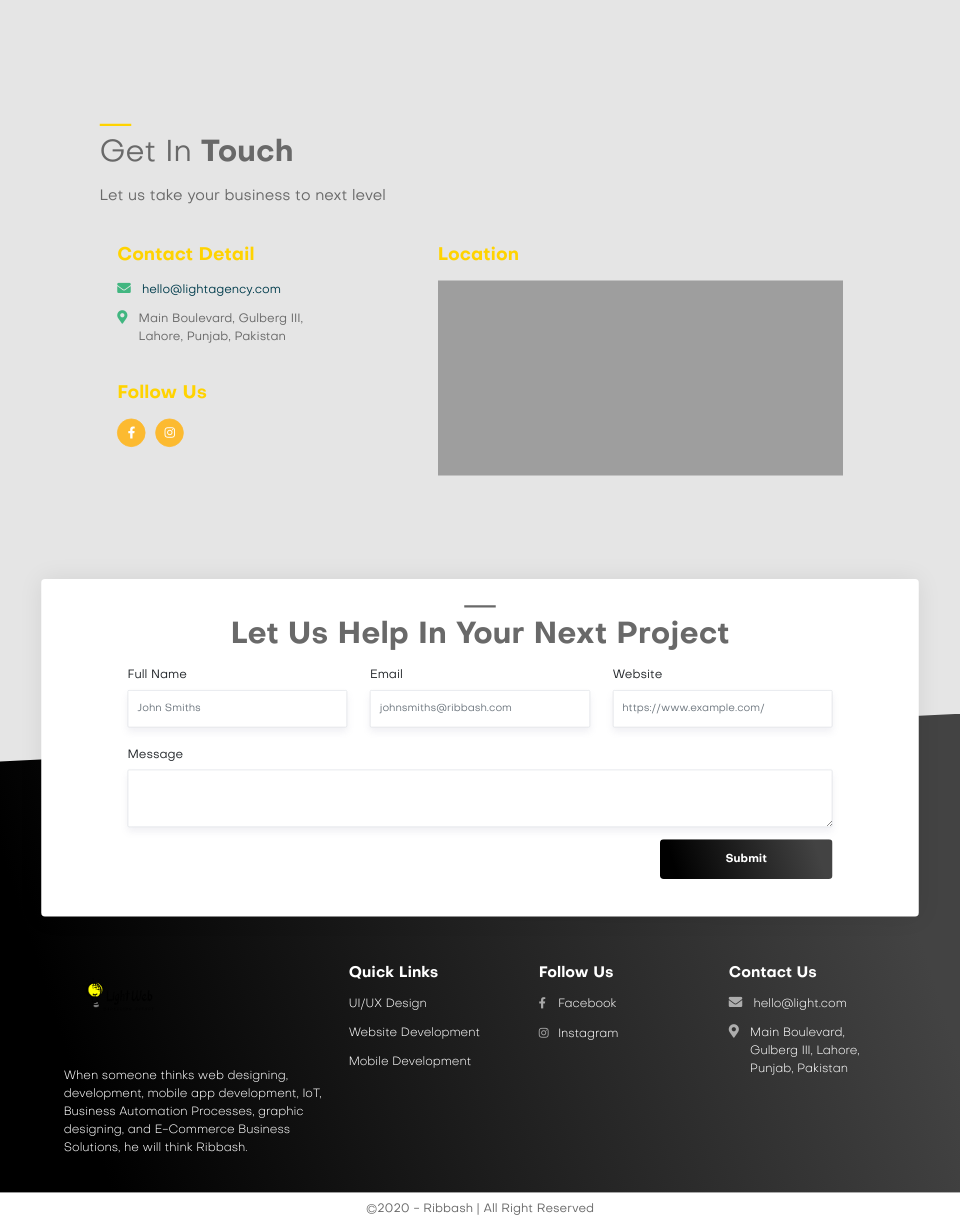
Repository: ahsankalim09/light-Agency
Page: contact-us.html
An editor plug-in stored every save of this project. The page is shown before and after the next save, followed by the edit.
The browser window is 1280 px wide. The pictures show the whole page, at 75% of full size.
Pictures or frames that could not be fetched are drawn as grey boxes.

Above is the page before, as saved 2020-11-07 18:35:17.

### contact-us.html
<!DOCTYPE html>
<html lang="en">

<!-- Mirrored from www.ribbash.com/contact-us.html by HTTrack Website Copier/3.x [XR&CO'2014], Sun, 11 Oct 2020 15:06:15 GMT -->
<head>
	<meta charset="UTF-8">
	<meta name="viewport" content="width=device-width, initial-scale=1.0">
	<title>Contact Us - Ribbash Digital</title>

	<!-- CSS -->
    <link rel="stylesheet" href="css/bootstrap.min.css" media="all" />
    <link rel="stylesheet" href="css/all.min.css" media="all" />
    <link rel="stylesheet" href="css/owl.carousel.min.css" media="all" />
	<link rel="stylesheet" href="css/owl.theme.default.min.css" media="all" />
	<link rel="stylesheet" href="css/animate.min.css" media="all" />

	<link rel="stylesheet" href="css/el_style.css">

    <link rel="stylesheet" href="css/style.css" media="all" />
    <link rel="stylesheet" href="css/colors.css" media="all" />
	<link rel="stylesheet" href="css/responsive.css" media="all" />

	<link rel="icon" href="img/favicon.svg" type="image/svg+xml" sizes="any" />

	<script src="../www.google.com/recaptcha/api.js" async defer></script>

	<!-- Global site tag (gtag.js) - Google Analytics -->
    <script async src="https://www.googletagmanager.com/gtag/js?id=UA-175567433-1"></script>
    <script>
      window.dataLayer = window.dataLayer || [];
      function gtag(){dataLayer.push(arguments);}
      gtag('js', new Date());

      gtag('config', 'UA-175567433-1');
    </script>

</head>

<body>
	<div class="rd-wrap">

		<!--Header Section Start-->
		<header class="rd-header fixed-top rd-header-white">
			<div class="container">
				<nav class="navbar navbar-expand-lg navbar-light px-0 rd-navbar">
					<a class="navbar-brand rd-logo py-0" href="index-2.html">
						<img src="img/logo-black.svg" alt="logo" />
					</a>
					<button class="navbar-toggler" type="button" data-toggle="collapse" data-target="#defaultNavbar1" aria-controls="defaultNavbar1" aria-expanded="false" aria-label="Toggle navigation">
						<span class="navbar-toggler-icon"></span>
					</button>

					<div class="collapse navbar-collapse" id="defaultNavbar1">
						<ul class="navbar-nav ml-auto rd-navmenu">
							<li class="nav-item active">
								<a class="nav-link pl-3 pr-3" href="index-2.html">Home <span class="sr-only">(current)</span></a>
							</li>
							<li class="nav-item dropdown">
								<a class="nav-link dropdown-toggle pl-3 pr-3" href="#" id="ourWorkDropdown" role="button" data-toggle="dropdown" aria-haspopup="true" aria-expanded="false">Our Work</a>
								<div class="dropdown-menu rd-dropdown-work" aria-labelledby="ourWorkDropdown">
									<div class="container">
										<div class="row row-cols-1 row-cols-lg-6 align-items-center justify-content-sm-center">
											<div class="col">
												<a class="dropdown-item" href="nomad.html" data-toggle="tooltip" data-placement="bottom" title="Nomad">
													<img src="img/Nomad.svg" alt="Nomad" />
													<span>Nomad</span>
												</a>
											</div>
											<div class="col">
												<a class="dropdown-item" href="onshore.html" data-toggle="tooltip" data-placement="bottom" title="Onshore Momentum">
													<img src="img/Onshore-Momentum.svg" alt="Onshore" />
													<span>Onshore Momentum</span>
												</a>
											</div>
											<div class="col">
												<a class="dropdown-item" href="one-gift.html" data-toggle="tooltip" data-placement="bottom" title="OneGift">
													<img src="img/OneGift.svg" alt="OneGift" />
													<span>OneGift</span>
												</a>
											</div>
											<div class="col">
												<a class="dropdown-item" href="no-bs-dashboard.html" data-toggle="tooltip" data-placement="bottom" title="NO-BS Dashboard">
													<img src="img/NO-BS.svg" alt="NO-BS Dashboard" />
													<span>NO-BS Dashboard</span>
												</a>
											</div>
											<div class="col">
												<a class="dropdown-item" href="yor-hero.html" data-toggle="tooltip" data-placement="bottom" title="YOR Hero">
													<img src="img/YorHero.svg" alt="YOR Hero" />
													<span>YOR Hero</span>
												</a>
											</div>
										</div>
									</div>
								</div>
							</li>
							<li class="nav-item dropdown">
								<a class="nav-link dropdown-toggle pl-3 pr-3" href="#" id="servicesDropdown" role="button" data-toggle="dropdown" aria-haspopup="true" aria-expanded="false">Services</a>
								<div class="dropdown-menu rd-dropdown-services" aria-labelledby="servicesDropdown">
									<div class="container">
										<div class="row row-cols-1 row-cols-lg-3">
											<div class="col">
												<a class="dropdown-item" href="ui-ux.html">
													<img src="img/ui-ux-icon.svg" alt="ui-ux-icon" />
													<span>UI/UX Design</span>
												</a>
											</div>
											<div class="col">
												<a class="dropdown-item" href="web-development.html">
													<img src="img/web-development-icon.svg" alt="web-developer-icon" />
													<span>Web Development</span>
												</a>
											</div>
											<div class="col">
												<a class="dropdown-item" href="mobile-development.html">
													<img src="img/mobile-development-icon.svg" alt="mobile-developer-icon" />
													<span>Mobile Development</span>
												</a>
											</div>
										</div>
									</div>
								</div>
							</li>
							<!-- <li class="nav-item"><a class="nav-link pl-3 pr-3" href="#">Jobs</a></li> -->
							<li class="nav-item"><a class="nav-link pl-3 pr-3" href="about-us.html">About Us</a></li>
							<li class="nav-item px-3 px-lg-0"><a class="btn btn-light rd-button rd-button-green rd-button-effect1" href="contact-us.html">Contact Us</a></li>
						</ul>
					</div>
				</nav>
			</div>
		</header>
		<!--Header Section End-->

		<!--Get In Touch Section Start-->
		<section class="rd-pt-180 rd-pb-65">
			<div class="container">
				<div class="row justify-content-md-center">
					<div class="col-12 col-lg-11">
						<div class="rd-infobox rd-text-dark mb-5 wow fadeInUp">
							<h2 class="rd-title rd-title-strip rd-title-strip-green mb-3">
								<span class="font-weight-normal">Get in</span>
								<span class="font-weight-bold">touch</span>
							</h2>
							<p class="rd-text">Let us take your business to next level</p>
						</div>
					</div>
				</div>
				<div class="row justify-content-md-around">
					<div class="col-12 col-md-5 col-lg-4 col-xl-3 wow fadeInLeft">
						<div class="rd-contact-detail-wrap mb-5 mb-md-0">
							<div class="rd-contact-detail mb-5">
								<h2 class="rd-mini-title rd-text-green mb-3">
									<span class="font-weight-bold">Contact Detail</span>
								</h2>
								<ul class="rd-contact-info list-inline rd-text-dark mb-0">
									<li>
										<i class="fas fa-envelope"></i>
										<a href="mailto:hello@ribbash.com">hello@lightagency.com</a>
									</li>
									<!-- <li>
										<i class="fas fa-phone-alt"></i>
										<a href="#">+92 3xx xxxxxxx</a>
									</li> -->
									<li>
										<i class="fas fa-map-marker-alt"></i>
										<span>Main Boulevard, Gulberg III, Lahore, Punjab, Pakistan</span>
									</li>
								</ul>
							</div>
							<div class="rd-social-links">
								<h2 class="rd-mini-title rd-text-green mb-3">
									<span class="font-weight-bold">Follow us</span>
								</h2>
								<ul class="rd-social-links list-inline mb-0">
									<li class="list-inline-item">
										<a href="http://facebook.com/ribbashdigital" target="_blank"><i class="fab fa-facebook-f"></i></a>
									</li>
									<li class="list-inline-item">
										<a href="http://instagram.com/ribbashdigital" target="_blank"><i class="fab fa-instagram"></i></a>
									</li>
								</ul>
							</div>
						</div>
					</div>
					<div class="col-12 col-md-6 wow fadeInRight">
						<div class="rd-location">
							<h2 class="rd-mini-title rd-text-green mb-3">
								<span class="font-weight-bold">Location</span>
							</h2>
							<div class="rd-map">
								<iframe src="https://www.google.com/maps/embed?pb=!1m18!1m12!1m3!1d27213.593394060907!2d74.32574853281356!3d31.504951607962795!2m3!1f0!2f0!3f0!3m2!1i1024!2i768!4f13.1!3m3!1m2!1s0x3919045a28ff1d39%3A0xf71e739b84b3c3c!2sGulberg%20III%2C%20Lahore%2C%20Punjab%2C%20Pakistan!5e0!3m2!1sen!2s!4v1593698321407!5m2!1sen!2s" width="100%" height="260" frameborder="0" style="border:0;" allowfullscreen="" aria-hidden="false" tabindex="0"></iframe>
							</div>
						</div>
					</div>
				</div>
			</div>
		</section>
		<!--Get In Touch Section End-->

		<!--Contact Form Section Start-->
        <section class="rd-contact-form-section rd-pt-65">
            <div class="container-fluid">
                <div class="rd-contact-form-box rd-container-1170 wow pulse">
                    <div class="rd-infobox text-center">
                        <h2 class="rd-title rd-title-strip rd-title-strip-dark rd-title-strip-center rd-text-dark mb-3">
                            <span class="font-weight-bold">Let Us Help In Your Next Project</span>
                        </h2>
                    </div>
                    <form class="rd-contact-form" action="https://www.ribbash.com/includes/contact-form-handler.php" method="post">
                        <div class="row">
                            <div class="form-group col-md-4 mb-4">
                                <label for="full-name">Full Name</label>
                                <input type="text" name="full-name" id="full-name" class="form-control" placeholder="John Smiths">
                            </div>
                            <div class="form-group col-md-4 mb-4">
                                <label for="email">Email</label>
                                <input type="email" name="email" id="email" class="form-control" placeholder="johnsmiths@ribbash.com" required>
                            </div>
                            <div class="form-group col-md-4 mb-4">
                                <label for="website">Website</label>
                                <input type="text" name="website" id="website" class="form-control" placeholder="https://www.example.com/">
                            </div>
                        </div>
                        <div class="form-group">
                            <label for="message">Message</label>
                            <textarea class="form-control" name="message" id="message" rows="3" required></textarea>
                        </div>
                        <div class="d-sm-flex justify-content-sm-end align-items-sm-end text-center">
                            <div class="g-recaptcha" data-sitekey="6LfEOMMZAAAAAFNCLAlcVjky3u9YUYHCsePmSyY_"></div>
                            <button class="btn btn-light rd-button rd-gradient-bg-orient-blue rd-button-effect1 mt-4 mt-sm-0 ml-sm-3" type="submit">Submit</button>
                        </div>
                    </form>
                </div>
            </div>
        </section>
        <!--Contact Form Section End-->

		<!--Footer Section Start-->
		<footer class="rd-footer">
			<div class="rd-footer-top rd-gradient-bg-orient-blue pb-5 rd-clip-bg-top-left font-weight-light">
				<div class="container">
					<div class="row d-none">
						<div class="col">
							<div class="rd-infobox text-center">
								<h2 class="rd-title rd-title-strip rd-title-strip-center text-white mb-3">
									<span class="font-weight-bold">Company News</span>
								</h2>
							</div>
							<!--Owl-Carousel Start-->
							<div class="owl-carousel owl-theme rd-blog-carousel">
								<div class="card rd-blog-item border-0">
									<figure class="rd-blog-img mb-0">
										<img src="img/mask-group--14.jpg" srcset="img/mask-group--14@2x.jpg 2x, img/mask-group--14@3x.jpg 3x" alt="">
									</figure>
									<div class="card-body d-flex flex-column rd-blog-content">
										<h4 class="rd-blog-title">
											<a href="#">Lorem Ipsum is simply dummy text of the printing</a>
										</h4>
										<div class="rd-blog-metadata mt-auto">
											<span class="rd-blog-published"><i class="far fa-calendar-alt"></i>2 Days Ago</span>
											<span class="rd-blog-time"><i class="far fa-clock"></i>2 mint</span>
										</div>
									</div>
								</div>
								<div class="card rd-blog-item border-0">
									<figure class="rd-blog-img mb-0">
										<img src="img/mask-group--11.jpg" srcset="img/mask-group--11@2x.jpg 2x, img/mask-group--11@3x.jpg 3x" alt="">
									</figure>
									<div class="card-body d-flex flex-column rd-blog-content">
										<h4 class="rd-blog-title">
											<a href="#">Porem Ipsum is simply dummy of the printing and typesetting.</a>
										</h4>
										<div class="rd-blog-metadata mt-auto">
											<span class="rd-blog-published"><i class="far fa-calendar-alt"></i>2 Days Ago</span>
											<span class="rd-blog-time"><i class="far fa-clock"></i>2 mint</span>
										</div>
									</div>
								</div>
								<div class="card rd-blog-item border-0">
									<figure class="rd-blog-img mb-0">
										<img src="img/people-inside-room-3184657.jpg" srcset="img/people-inside-room-3184657@2x.jpg 2x, img/people-inside-room-3184657@3x.jpg 3x" alt="">
									</figure>
									<div class="card-body d-flex flex-column rd-blog-content">
										<h4 class="rd-blog-title">
											<a href="#">Horem Ipsum has been the industrys standard dummy text ever since.</a>
										</h4>
										<div class="rd-blog-metadata mt-auto">
											<span class="rd-blog-published"><i class="far fa-calendar-alt"></i>2 Days Ago</span>
											<span class="rd-blog-time"><i class="far fa-clock"></i>2 mint</span>
										</div>
									</div>
								</div>
								<div class="card rd-blog-item border-0">
									<figure class="rd-blog-img mb-0">
										<img src="img/mask-group--11.jpg" srcset="img/mask-group--11@2x.jpg 2x, img/mask-group--11@3x.jpg 3x" alt="">
									</figure>
									<div class="card-body d-flex flex-column rd-blog-content">
										<h4 class="rd-blog-title">
											<a href="#">Porem Ipsum is simply dummy of the printing and typesetting.</a>
										</h4>
										<div class="rd-blog-metadata mt-auto">
											<span class="rd-blog-published"><i class="far fa-calendar-alt"></i>2 Days Ago</span>
											<span class="rd-blog-time"><i class="far fa-clock"></i>2 mint</span>
										</div>
									</div>
								</div>
							</div>
							<!--Owl-Carousel End-->
						</div>
					</div>
					<span class="rd-divider w-100 mt-5 mb-5 d-none"></span>
					<div class="row text-white">
						<div class="col-12 col-md-4">
							<div class="rd-footer-intro">
								<a class="rd-footer-logo d-inline-block mb-4" href="index-2.html">
									<img src="assests/images/LOGO-01.png" alt="logo" />
								</a>
								<p class="mb-0">When someone thinks web designing, development, mobile app development, IoT, Business Automation Processes, graphic designing, and E-Commerce Business Solutions, he will think Ribbash.</p>
							</div>
						</div>
						<div class="col-12 col-md-8">
							<div class="row">
								<div class="col-12 col-md-4">
										<h4 class="rd-sub-title mt-4 mb-3">Quick Links</h4>
										<ul class="rd-footer-list rd-quick-links list-inline mb-0">
											<li><a href="ui-ux.html">UI/UX Design</a></li>
											<li><a href="web-development.html">Website Development</a></li>
											<li><a href="mobile-development.html">Mobile Development</a></li>
										</ul>
								</div>
								<div class="col-12 col-md-4">
									<div class="rd-footer-links-wrap">
										<h4 class="rd-sub-title mt-4 mb-3">Follow Us</h4>
										<ul class="rd-footer-list rd-social-links-vr list-inline mb-0">
											<li>
												<i class="fab fa-facebook-f"></i>
												<a  target="_blank">Facebook</a>
											</li>
											<li>
												<i class="fab fa-instagram"></i>
												<a  target="_blank">Instagram</a>
											</li>
										</ul>
									</div>
								</div>
								<div class="col-12 col-md-4">
									<div class="rd-footer-links-wrap">
										<h4 class="rd-sub-title mt-4 mb-3">Contact Us</h4>
										<ul class="rd-footer-list rd-contact-info list-inline mb-0">
											<li>
												<i class="fas fa-envelope"></i>
												<a href="mailto:hello@ribbash.com">hello@light.com</a>
											</li>
											<li class="d-flex align-items-baseline">
												<i class="fas fa-map-marker-alt"></i>
												<span>Main Boulevard, Gulberg III, Lahore, Punjab, Pakistan</span>
											</li>
										</ul>
									</div>
								</div>
							</div>
						</div>
					</div>
				</div>
			</div>
			<div class="rd-copyright-footer rd-text-dark">
				<div class="container">
					<div class="row">
						<div class="col-12 text-center">
							<p class="rd-sub-text mb-0 font-weight-normal">©2020 - Ribbash | All Right Reserved</p>
						</div>
					</div>
				</div>
			</div>
		</footer>
		<!--Footer End-->

	</div>


    <!-- jQuery library -->
	<script src="js/jquery-3.4.1.min.js"></script>
	<script src="js/bootstrap.bundle.min.js"></script>
	<script src="js/owl.carousel.min.js"></script>
	<script src="js/wow.min.js"></script>

	<script src="js/bodymovin.js"></script>
	<script src="js/home_index.js"></script>
	<script src="js/jquery.parallax-scroll.js"></script>

	<script src="js/custom-script.js"></script>

</body>

<!-- Mirrored from www.ribbash.com/contact-us.html by HTTrack Website Copier/3.x [XR&CO'2014], Sun, 11 Oct 2020 15:06:15 GMT -->
</html>

### css/colors.css
/* CSS Document */

/*Dark*/
.rd-text-dark,
.rd-copyright-footer a,
.dropdown-item {
	color: #696969;
}

.rd-color-bg-dark,
.rd-title-strip-dark::before,
.rd-button-effect1::before,
.rd-button-effect1::after {
	background-color: #696969;
}

/*Green*/
.rd-text-green,
.rd-features-list-green .rd-features-list-item::before {
	color: #ffd300;
}

.rd-color-bg-green,
.rd-title-strip-green::before {
	background-color: #ffd300;
}

/*Orange*/
.rd-features-list-orange .rd-features-list-item::before {
	color: #f16c1f;
}

.rd-color-bg-orange,
.rd-title-strip-orange::before,
.rd-button.rd-color-bg-orange:hover {
	background-color: #f16c1f;
}

/*yellow*/
.rd-features-list-yellow .rd-features-list-item::before {
	color: #fcba30;
}

.rd-color-bg-yellow,
.rd-title-strip-yellow::before,
.rd-button.rd-color-bg-yellow:hover {
	background-color: #fcba30;
}

/*red*/
.rd-features-list-red .rd-features-list-item::before {
	color: #f15d34;
}

.rd-color-bg-red,
.rd-title-strip-red::before,
.rd-button.rd-color-bg-red:hover {
	background-color: #f15d34;
}

/*White*/
.rd-color-white,
.rd-blog-title,
.rd-blog-title a,
.rd-footer-list li a,
.rd-button-effect1:hover {
	color: #fff;
}

.rd-color-bg-white,
.rd-copyright-footer,
.rd-contact-form-box {
	background-color: #fff;
}

/* Gray-Blue */
.rd-color-grayBlue {
	color: #342f3f;
}

/* Dark Grayish Blue */
.rd-bg-dark-grayish-blue {
	background-color: #202c34;
}

/* Orient Blue */
.rd-bg-orient-blue {
	background-color: #ffd300;
}

/* Purple */
.rd-bg-purple {
	background-color: #ffd300;
}



/*----------------*/
/* Gradient */
/*----------------*/

/* Green*/
.rd-gradient-bg-green,
.rd-title-strip-gradient-green::before {
	background-color: #ffd300;
	background-image: -webkit-linear-gradient(114deg, #000000, #0113112e);
	background-image: -moz-linear-gradient(114deg, #000000, #0113112e);
	background-image: linear-gradient(114deg, #000000, #0113112e);
}


/*Blue*/
.rd-gradient-bg-blue,
.rd-title-strip-blue::before {
	background-image: -webkit-linear-gradient(256deg, #000000, #0113112e);
	background-image: -moz-linear-gradient(256deg, #000000, #0113112e);
	background-image: linear-gradient(256deg, #000000, #0113112e);
}


/* Dark Blue */
.rd-gradient-bg-dark-blue {
	background-image: -webkit-linear-gradient(114deg, #f2ff00, #9ba2aa);
	background-image: -moz-linear-gradient(114deg, #f2ff00, #9ba2aa);
	background-image: linear-gradient(114deg, #f2ff00, #9ba2aa);
}


/* Sky Blue */
.rd-gradient-bg-sky-blue {
	background-image: -webkit-linear-gradient(114deg, #19dc12, #d2e814);
	background-image: -moz-linear-gradient(114deg, #19dc12, #d2e814);
	background-image: linear-gradient(114deg, #19dc12, #d2e814);
}


/* Orient Blue */
.rd-gradient-bg-orient-blue {
	background-image: -webkit-linear-gradient(72deg,#000000 10%, #434343 90%);
	background-image: -moz-linear-gradient(72deg, #000000 10%, #434343 90%);
	background-image: linear-gradient(72deg, #000000 10%, #434343 90%);
}


/* Yellow */
.rd-gradient-bg-yellow {
	background-image: -webkit-linear-gradient(114deg, rgba(252, 186, 48, 0.7), rgba(253, 171, 0, 0.7) 100%);
	background-image: -moz-linear-gradient(114deg, rgba(252, 186, 48, 0.7), rgba(253, 171, 0, 0.7) 100%);
	background-image: linear-gradient(114deg, rgba(252, 186, 48, 0.7), rgba(253, 171, 0, 0.7) 100%);
}

Loaded but not shown: css/bootstrap.min.css (library); css/all.min.css (library); css/owl.carousel.min.css (library); css/owl.theme.default.min.css (common file); css/animate.min.css (library); js/jquery-3.4.1.min.js (library); js/bootstrap.bundle.min.js (library); js/owl.carousel.min.js (library); js/wow.min.js (library); js/bodymovin.js (library); js/jquery.parallax-scroll.js (library); js/home_index.js (217 lines, source omitted); js/custom-script.js (229 lines, source omitted); css/el_style.css (1482 lines, source omitted); css/style.css (1903 lines, source omitted); css/responsive.css (539 lines, source omitted)

After the next save:
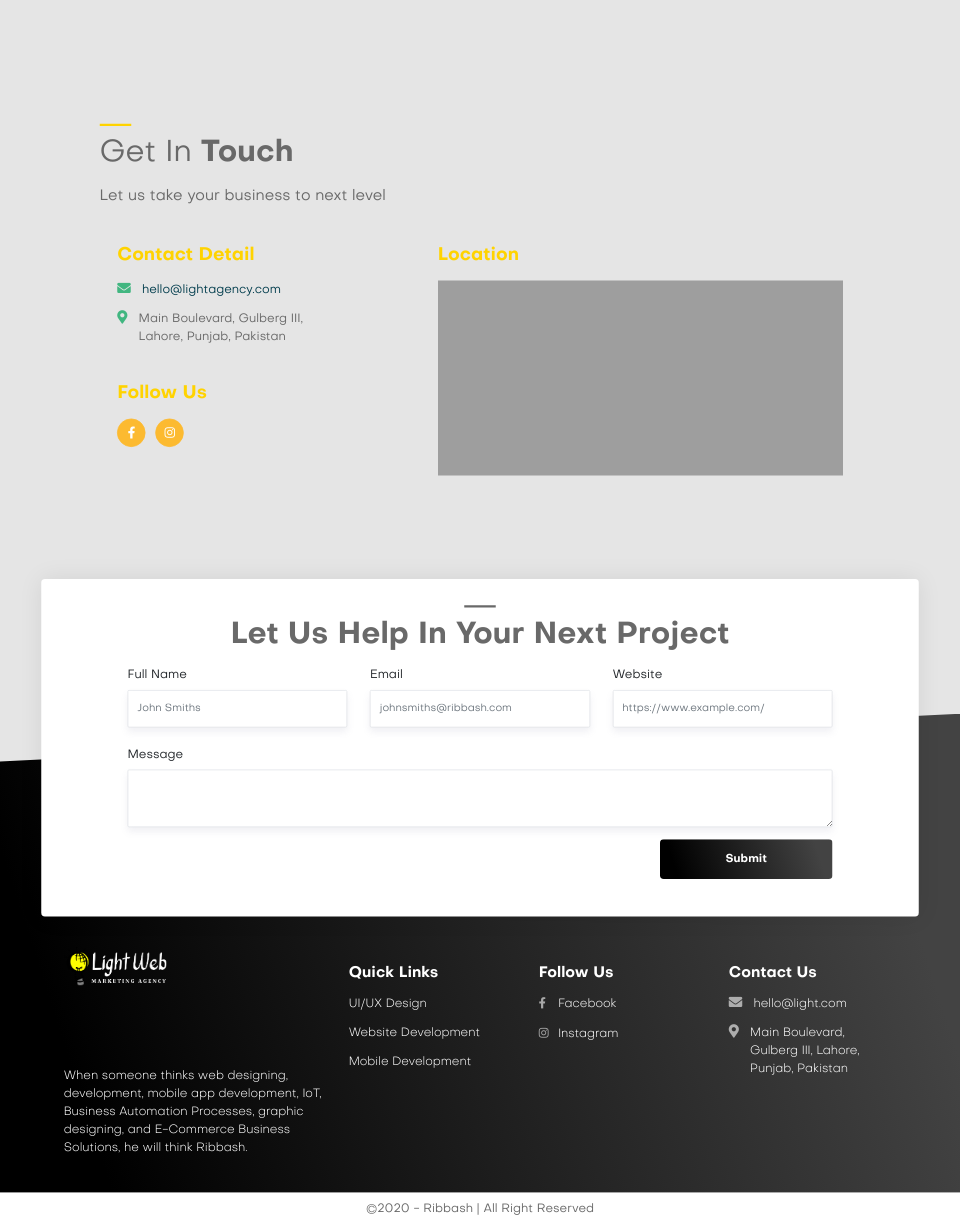
Saved 25 s later.
--- a/contact-us.html
+++ b/contact-us.html
@@ -313,7 +313,7 @@
 						<div class="col-12 col-md-4">
 							<div class="rd-footer-intro">
 								<a class="rd-footer-logo d-inline-block mb-4" href="index-2.html">
-									<img src="assests/images/LOGO-01.png" alt="logo" />
+									<img src="assests/icon/logo-white (1).svg" alt="logo" />
 								</a>
 								<p class="mb-0">When someone thinks web designing, development, mobile app development, IoT, Business Automation Processes, graphic designing, and E-Commerce Business Solutions, he will think Ribbash.</p>
 							</div>
